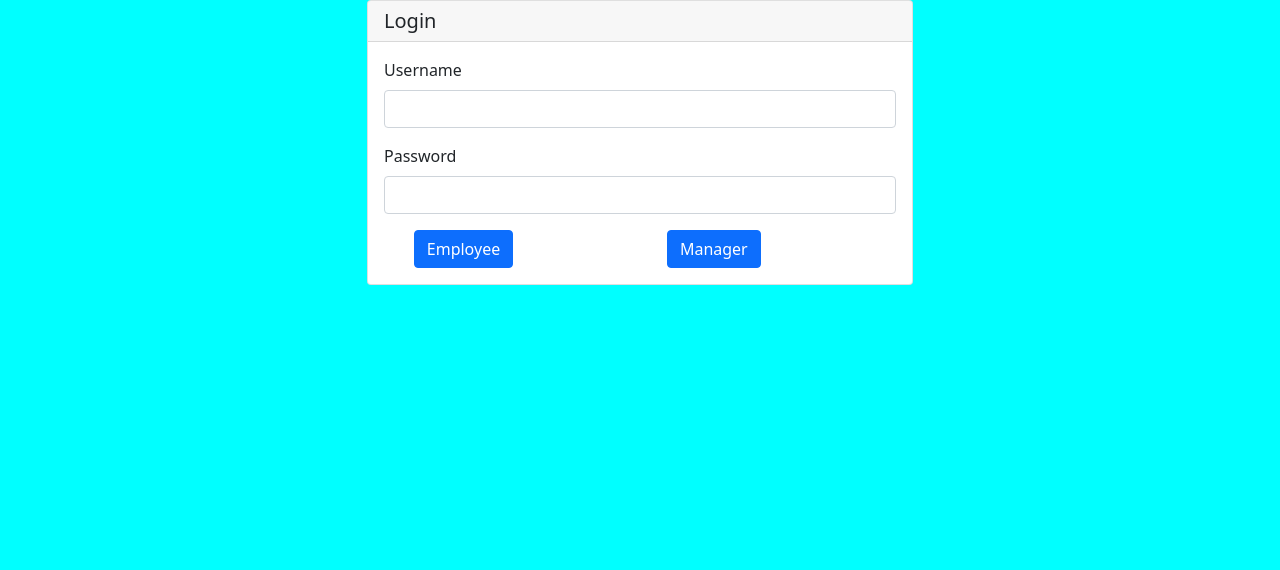
Repository: mavn2/ERS
Page: APP/ExpenseReimbursementSystem/src/main/webapp/index.html
These files come from the project's save history. The page is drawn as it stood at one moment and after the next save; the edit follows.
The browser window is 1280 px wide. The pictures show the whole page.

Above is the page before, as saved 2021-04-02 11:38:44.

### APP/ExpenseReimbursementSystem/src/main/webapp/index.html
<!DOCTYPE html>
<html>
  <head>
    <meta charset="UTF-8" />
    <title>Welcome</title>
    <link
      href="https://cdn.jsdelivr.net/npm/bootstrap@5.0.0-beta3/dist/css/bootstrap.min.css"
      rel="stylesheet"
      integrity="sha384-eOJMYsd53ii+scO/bJGFsiCZc+5NDVN2yr8+0RDqr0Ql0h+rP48ckxlpbzKgwra6"
      crossorigin="anonymous"
    />
    <link href="/style/style.css" rel="stylesheet">
  </head>
  <body>
    <div class="container">
      <div class="row align-items-center justify-content-center">
        <div class="col-6">
          <div class="card">
            <h5 class="card-header">Login</h5>
            <div class="card-body">
              <form action="login" method="post">
                <div class="mb-3">
                  <label class="form-label" for="username">Username</label>
                  <input class="form-control" type="text" name="username" />
                </div>
                <div class="mb-3">
                  <label class="form-label" for="password">Password</label>
                  <input class="form-control" type="password" name="password" />
                </div>
                <div class="row justify-content-evenly">
                  <div class="col-5 align-items-center">
                    <button
                      type="submit"
                      class="btn btn-primary"
                      name="type"
                      value="e"
                    >
                      Employee
                    </button>
                  </div>
                  <div class="col-5 align-items-center">
                    <button
                      type="submit"
                      class="btn btn-primary"
                      name="type"
                      value="m"
                    >
                      Manager
                    </button>
                  </div>
                </div>
              </form>
            </div>
          </div>
        </div>
      </div>
    </div>
		<script src="https://cdn.jsdelivr.net/npm/bootstrap@5.0.0-beta3/dist/js/bootstrap.bundle.min.js" integrity="sha384-JEW9xMcG8R+pH31jmWH6WWP0WintQrMb4s7ZOdauHnUtxwoG2vI5DkLtS3qm9Ekf" crossorigin="anonymous"></script>
    <script
  src="https://code.jquery.com/jquery-3.6.0.js"
  integrity="sha256-H+K7U5CnXl1h5ywQfKtSj8PCmoN9aaq30gDh27Xc0jk="
  crossorigin="anonymous"></script>
  </body>
</html>

### APP/ExpenseReimbursementSystem/src/main/webapp/style/style.css
#userInfo {
	border-right-style: solid;
	border-right-width: 1px;
	border-right-color: black;
}

#userInfo .row {
	border-bottom: 1px solid black;
	padding-top: 1px;
}

#loginForm {
	margin-top: 45%;
}

body {
	background: aqua;
}

.nav-tabs .nav-link.active {
	background-color: floralwhite;
}

.navbar{
	background-color: burlywood;
}

After the next save:
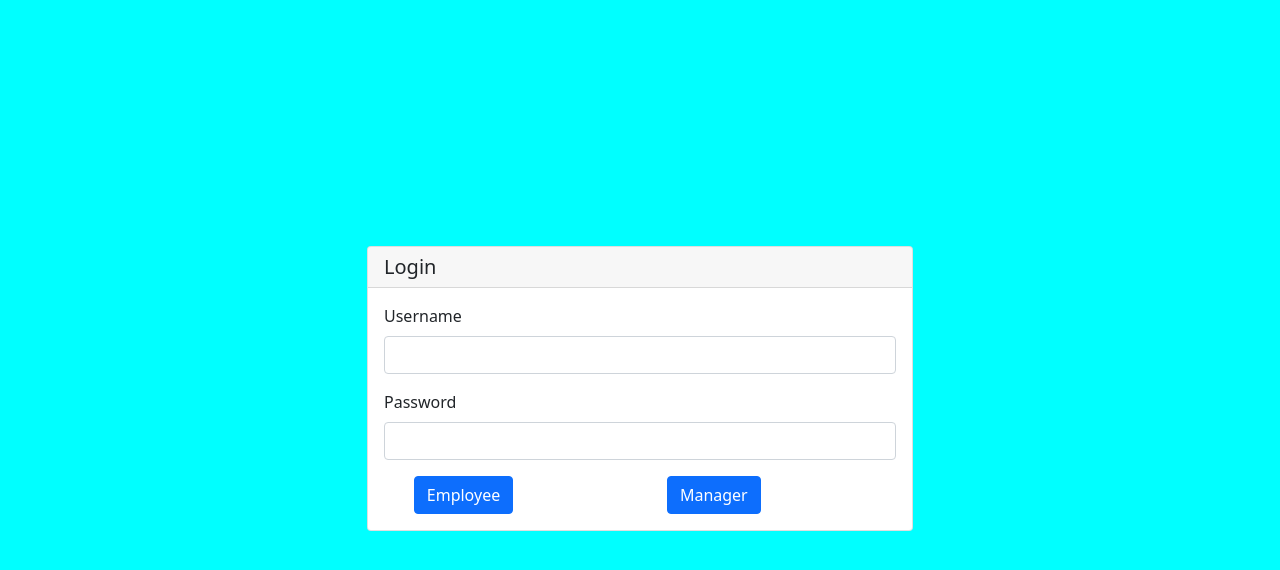
Saved 25 s later.
--- a/APP/ExpenseReimbursementSystem/src/main/webapp/index.html
+++ b/APP/ExpenseReimbursementSystem/src/main/webapp/index.html
@@ -15,7 +15,7 @@
     <div class="container">
       <div class="row align-items-center justify-content-center">
         <div class="col-6">
-          <div class="card">
+          <div class="card" id="loginForm">
             <h5 class="card-header">Login</h5>
             <div class="card-body">
               <form action="login" method="post">
